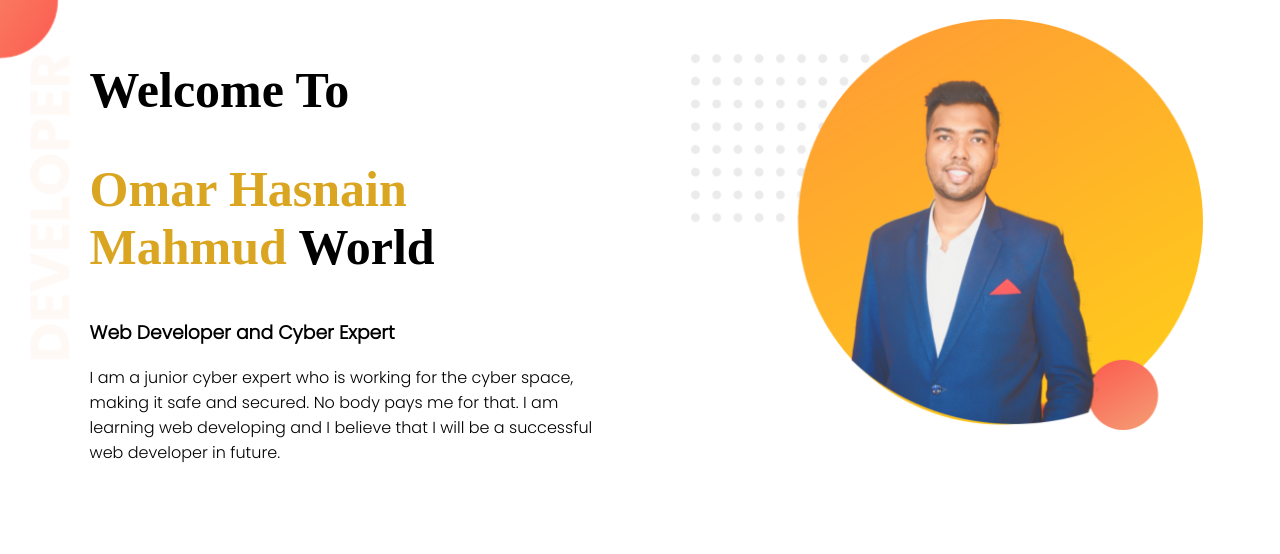
Repository: omarhasnain/web-portfolio
Page: index.html
The author's editor kept a copy of each file at every save. The page is drawn from the files as they stood at one save, then again after the next save.
The browser window is 1280 px wide. The pictures show the whole page.
Some web fonts or font styles are not loaded; a fallback is used.

Above is the page before, as saved 2021-01-05 21:41:38.

### index.html
<!DOCTYPE html>
<html lang="en">
<head>
    <meta charset="UTF-8">
    <meta name="viewport" content="width=device-width, initial-scale=1.0">
    <title>Web Developer Omar</title>
    <link rel="preconnect" href="https://fonts.gstatic.com">
    <link href="https://fonts.googleapis.com/css2?family=Redressed&display=swap" rel="stylesheet">
    <link rel="preconnect" href="https://fonts.gstatic.com">
    <link href="https://fonts.googleapis.com/css2?family=Poppins:wght@300&display=swap" rel="stylesheet">
    <link rel="stylesheet" href="web portfolio style.css">
</head>
    <body>
        <section class="top-banner">
            <div class="half-width">
                    <h1>Welcome To </h1>
                    <h1><span class="name-highlight">Omar Hasnain Mahmud</span> World</h1>
                    <h3>Web Developer and Cyber Expert</h3>
                    <p>I am a junior cyber expert who is working for the cyber space, making it safe and secured. No body pays me for that. I am learning web developing and I believe that I will be a successful web developer in future.</p>
                    <a class="link-button" target="_blank" href="https://www.linkedin.com/in/hasnain-mahmud-708160170/">Hire Me</a>
            </div>
            <div class="half-width">
                <img src="images/profile.png" alt="">
            </div>
        </section>

    </body>
</html>

### web portfolio style.css
body{
    margin: 0;
    font-family: 'Poppins', sans-serif;
}
h1{
    font-size: 50px;
    font-family: 'Redressed', cursive;
}
.name-highlight{
    color: goldenrod;
}
h3{
    font-family: 'Poppins', sans-serif;
}

.half-width{
    width: 40%;
    float: left;
    margin-left: 5%;
    padding-left: 2%;
    padding-top: 1.5%;
}
.half-width img{
    width: 100%;
}
.top-banner{

    background-image: url("images/top-banner.png");
    background-repeat: no-repeat;
}
section{
    height: 500px;
}
.link-button{
    text-decoration: none;
    background-image: linear-gradient();
    padding: 10px 20px;
    border-radius: 10px;
    color: white;
    font-weight: 580;
}

After the next save:
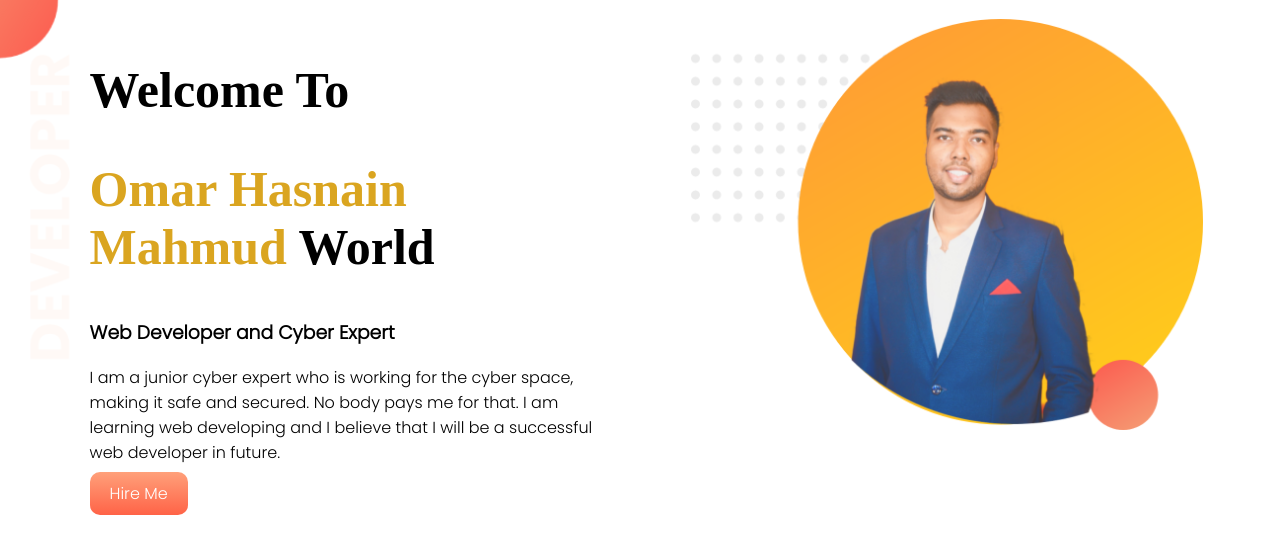
Saved 65 s later.
--- a/web portfolio style.css
+++ b/web portfolio style.css
@@ -33,7 +33,7 @@
 }
 .link-button{
     text-decoration: none;
-    background-image: linear-gradient();
+    background-image: linear-gradient(lightsalmon, tomato);
     padding: 10px 20px;
     border-radius: 10px;
     color: white;

After the save that followed:
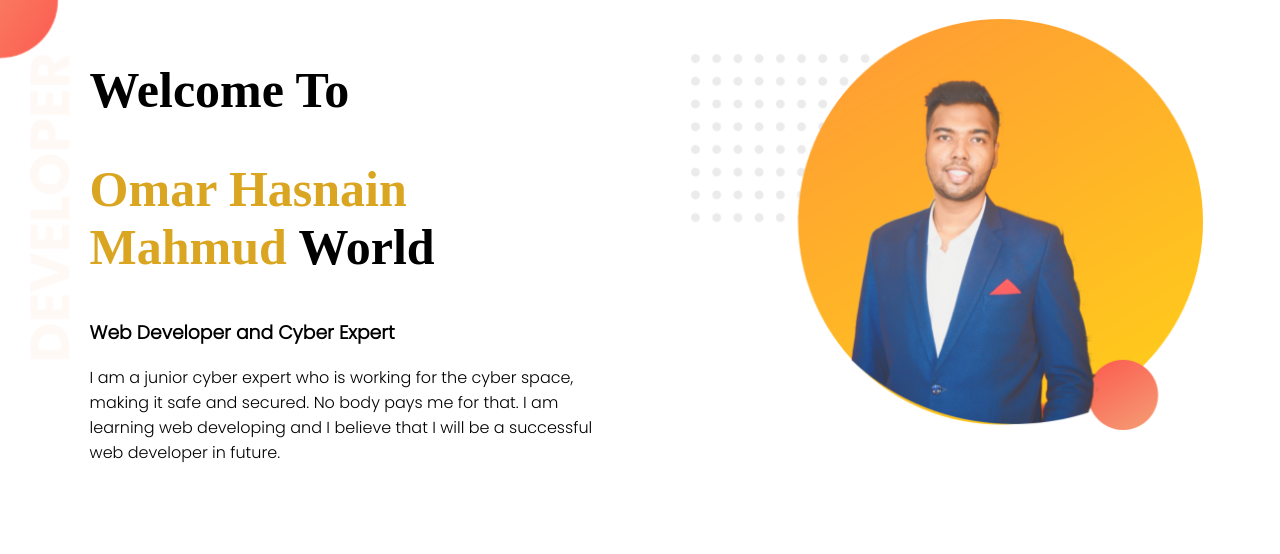
Saved 77 s later.
--- a/web portfolio style.css
+++ b/web portfolio style.css
@@ -33,7 +33,7 @@
 }
 .link-button{
     text-decoration: none;
-    background-image: linear-gradient(lightsalmon, tomato);
+    background-image: linear-gradient ( 45deg, lightsalmon, tomato);
     padding: 10px 20px;
     border-radius: 10px;
     color: white;
